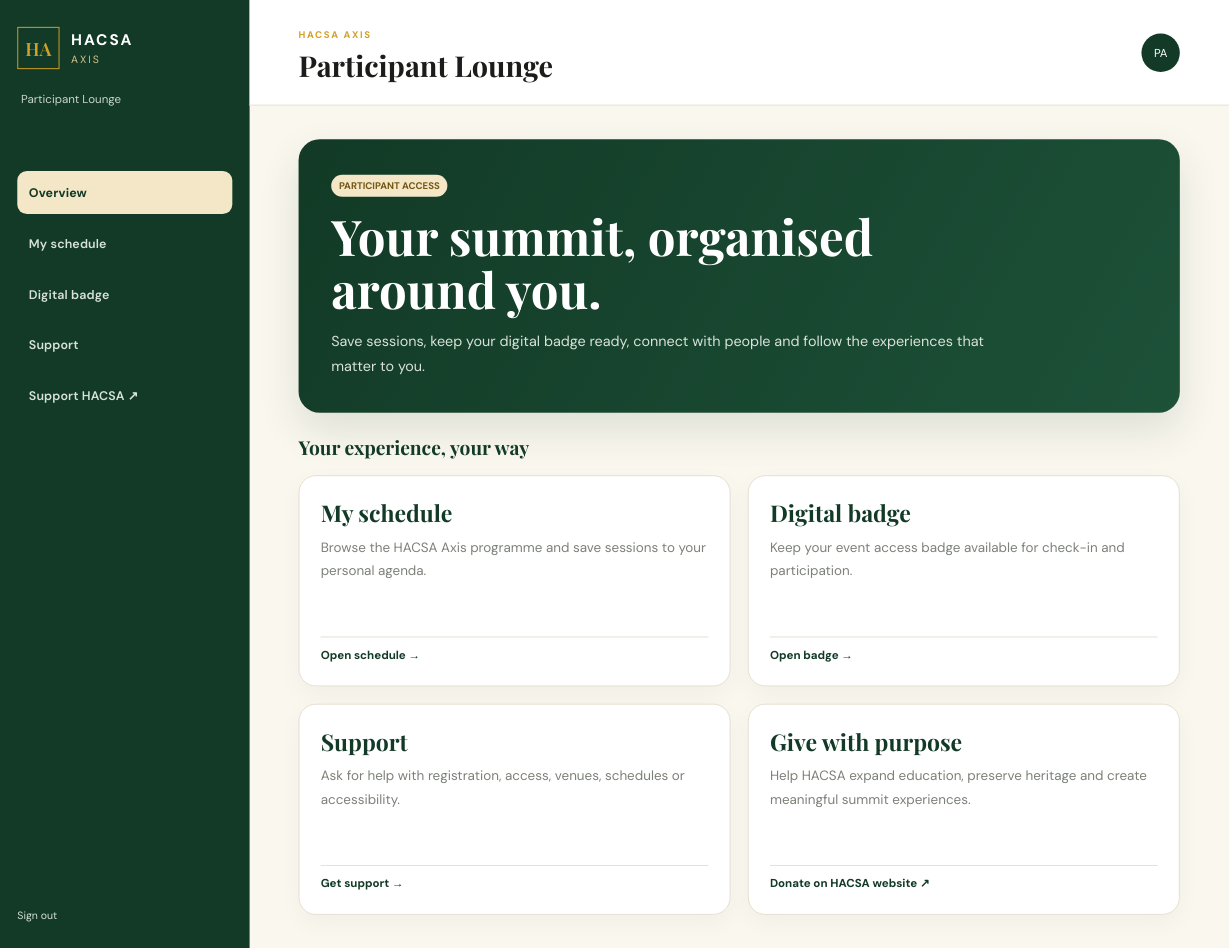
Repository: lawrencia-coder/HACSA_Axis_Participant_Speaker_v2
Page: participant.html
These files come from the project's save history. The page is drawn as it stood at one moment and after the next save; the edit follows.
The browser window is 1280 px wide. The pictures show the whole page, at 96% of full size.

Above is the page before, as saved 2026-09-18 02:10:58.

After the next save:
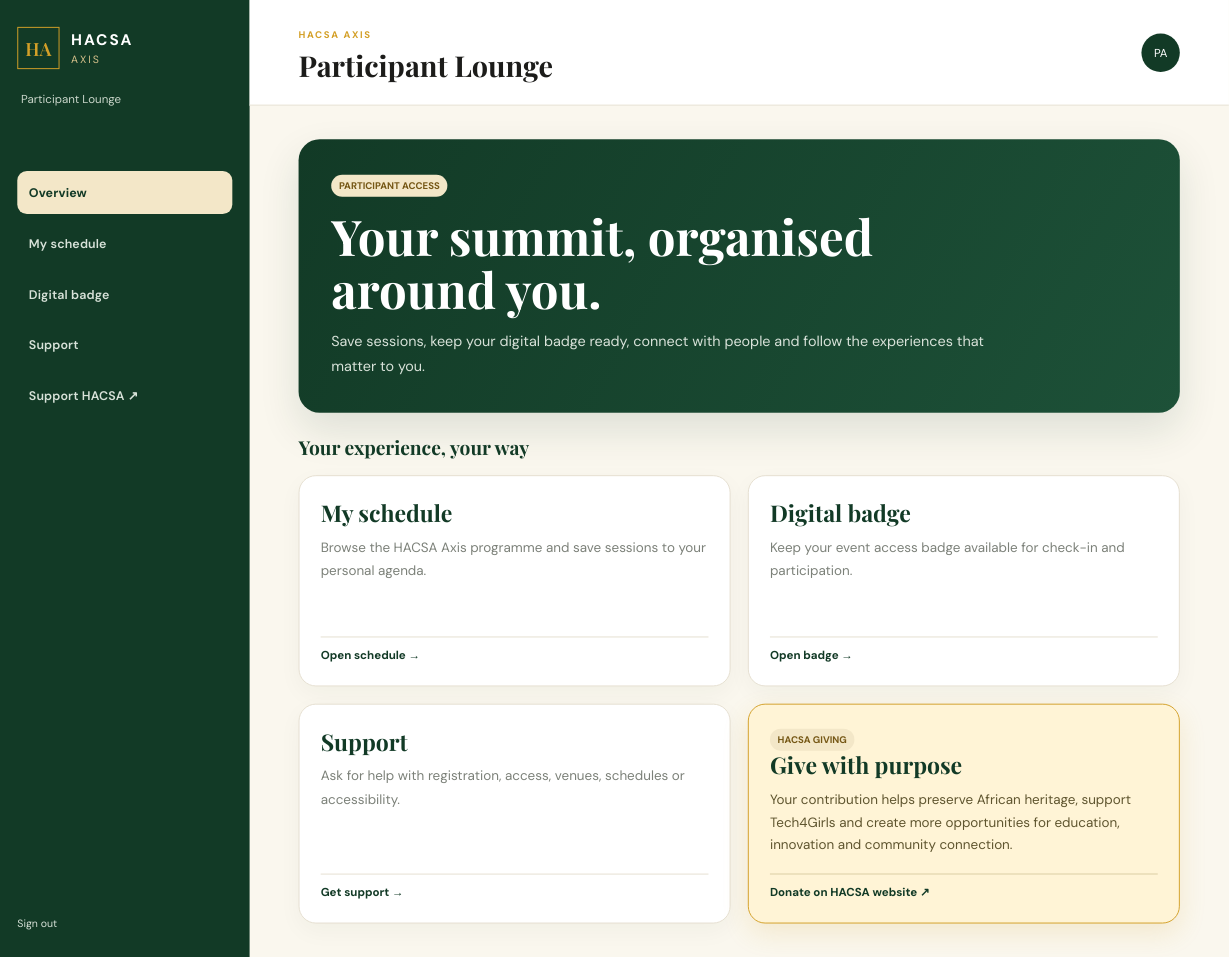
Saved 20 min 38 s later.
--- a/participant.html
+++ b/participant.html
@@ -134,6 +134,25 @@
 
         .role-link:hover {
             text-decoration: underline
+        }
+
+        .donation-card {
+            background: #fff4d6;
+            border-color: var(--gold);
+            box-shadow: 0 10px 28px rgba(212, 160, 40, .16)
+        }
+
+        .donation-card h3 {
+            color: var(--green)
+        }
+
+        .donation-card p {
+            color: #5f552f
+        }
+
+        .donation-card .role-link {
+            color: var(--green);
+            border-color: rgba(117, 87, 21, .25)
         }
 
         @media(max-width:900px) {
@@ -233,11 +252,12 @@
                         <a class="role-link" href="index.html?role=participant&view=support">Get support →</a>
                     </article>
 
-                    <article class="role-card" id="donate">
-                        <div>
+                    <article class="role-card donation-card" id="donate">
+                        <div>
+                            <span class="tag">HACSA GIVING</span>
                             <h3>Give with purpose</h3>
-                            <p>Help HACSA expand education, preserve heritage and create meaningful summit experiences.
-                            </p>
+                            <p>Your contribution helps preserve African heritage, support Tech4Girls and create more
+                                opportunities for education, innovation and community connection.</p>
                         </div>
                         <a class="role-link" href="https://www.thehacsa.org/donate/" target="_blank"
                             rel="noopener">Donate on HACSA website ↗</a>
